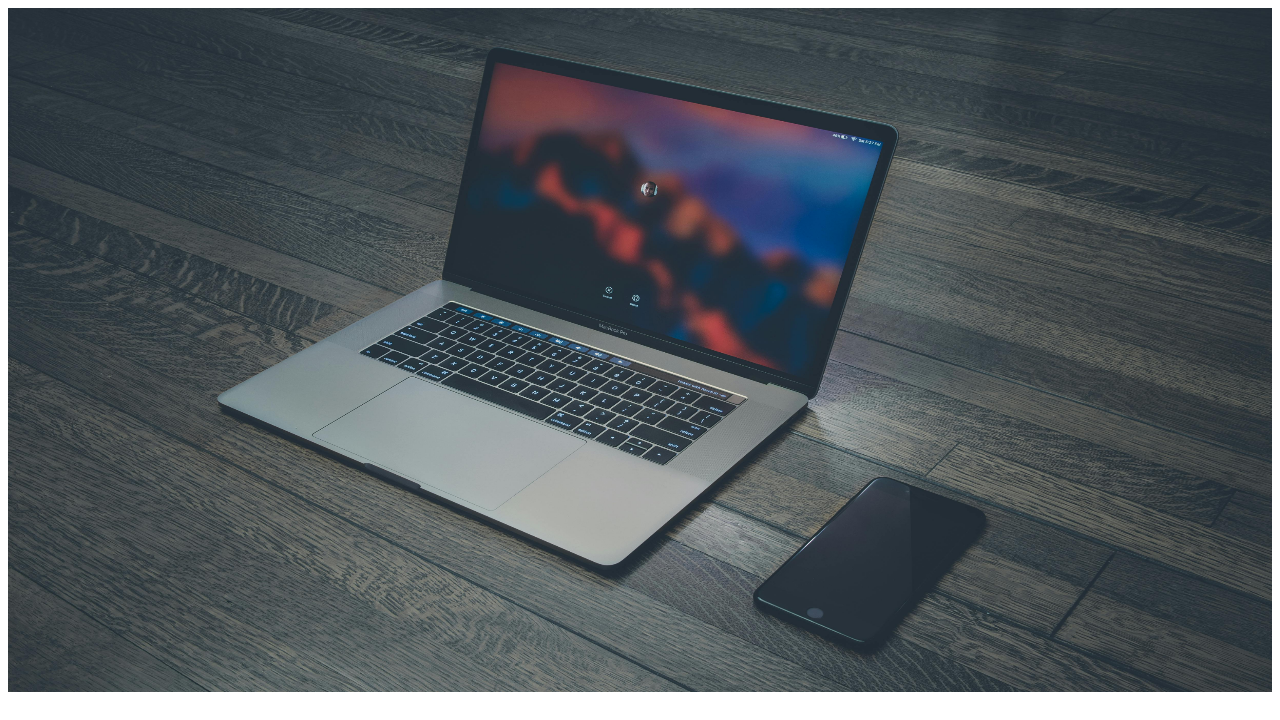
Repository: MrHadSheanas/Image_Fouce
Page: index.html
An editor plug-in stored every save of this project. The page is shown before and after a run of saves, followed by the edit.
The browser window is 1280 px wide. The pictures show the whole page.

Above is the page before, as saved 2025-09-06 06:39:27.

### index.html
<!DOCTYPE html>
<html lang="en">
<head>
   <meta charset="UTF-8">
   <meta name="viewport" content="width=device-width, initial-scale=1.0">
   <title>Document</title>
   <link rel="stylesheet" href="style.css">
</head>
<body>

 <h1>Fouce</h1>
 <img src="pexels-veeterzy-303383.jpg" alt="">

</body>
</html>

### style.css
img{
   position: relative;
   width: 100%;
   height:95vh;
   display: flex;


}
h1{
   position: absolute;

}

After the next 2 saves:
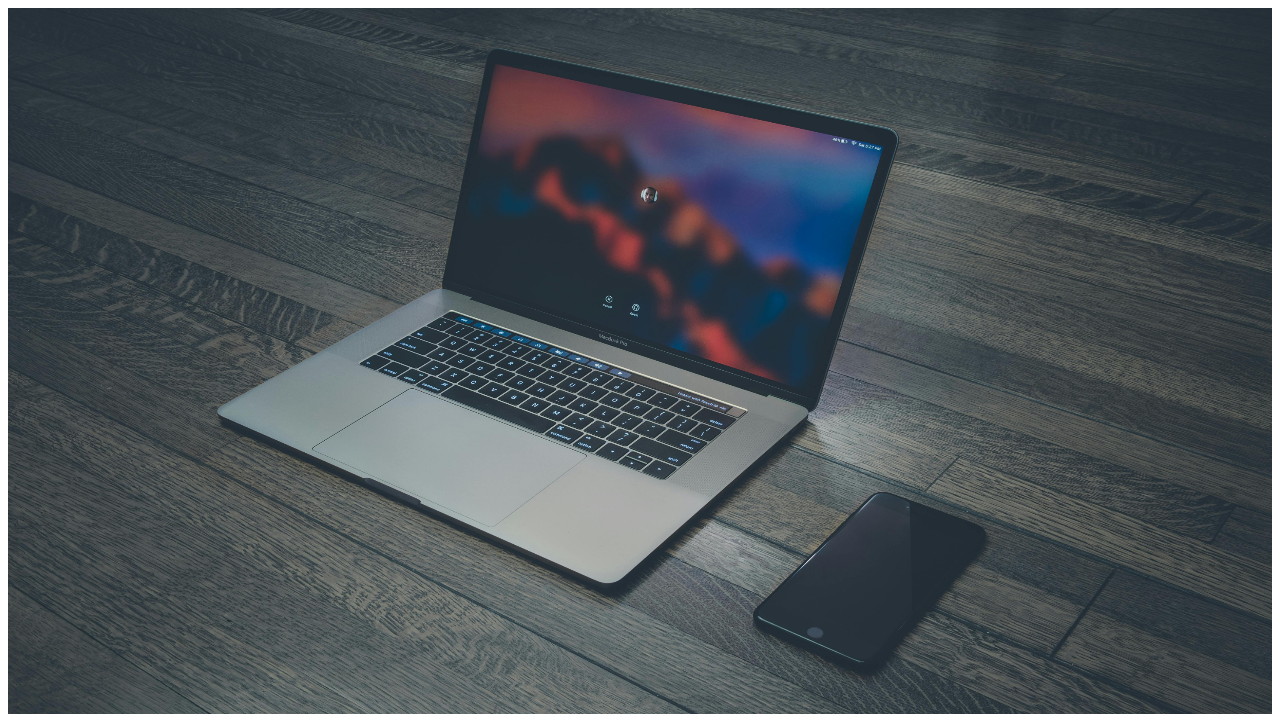
The 2 saves are shown as one change because they came seconds apart.
The last was saved 10 min 42 s later.
--- a/style.css
+++ b/style.css
@@ -1,7 +1,7 @@
 img{
    position: relative;
    width: 100%;
-   height:95vh;
+   height:98vh;
    display: flex;
 
 
